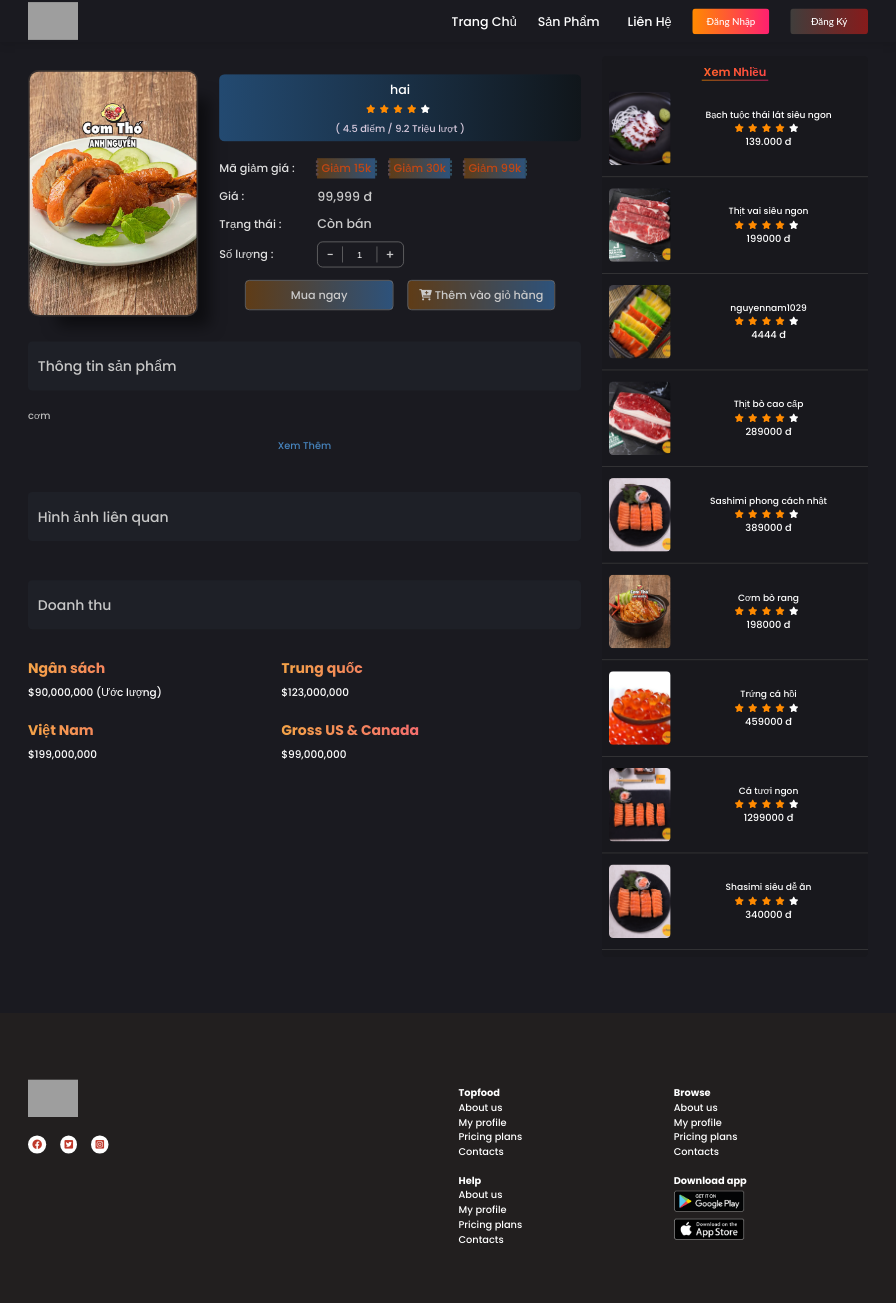
Repository: nguyennam1029/TopFoodNew
Page: http://localhost/product_detail.php?id=2
An editor plug-in stored every save of this project. The page is shown before and after the next save, followed by the edit.
The browser window is 1280 px wide. The pictures show the whole page, at 70% of full size.
Pictures or frames that could not be fetched are drawn as grey boxes. Some icons come from a web library that is not loaded, so they are not drawn. Some web fonts or font styles are not loaded; a fallback is used. Some web libraries are served in a nearby version. The page is run by PHP 8.4 with error messages shown; the project is at /var/www/html/. The database holds what the project's SQL file puts in it.

Above is the page before, as saved 2022-08-03 23:59:34.

After the next save:
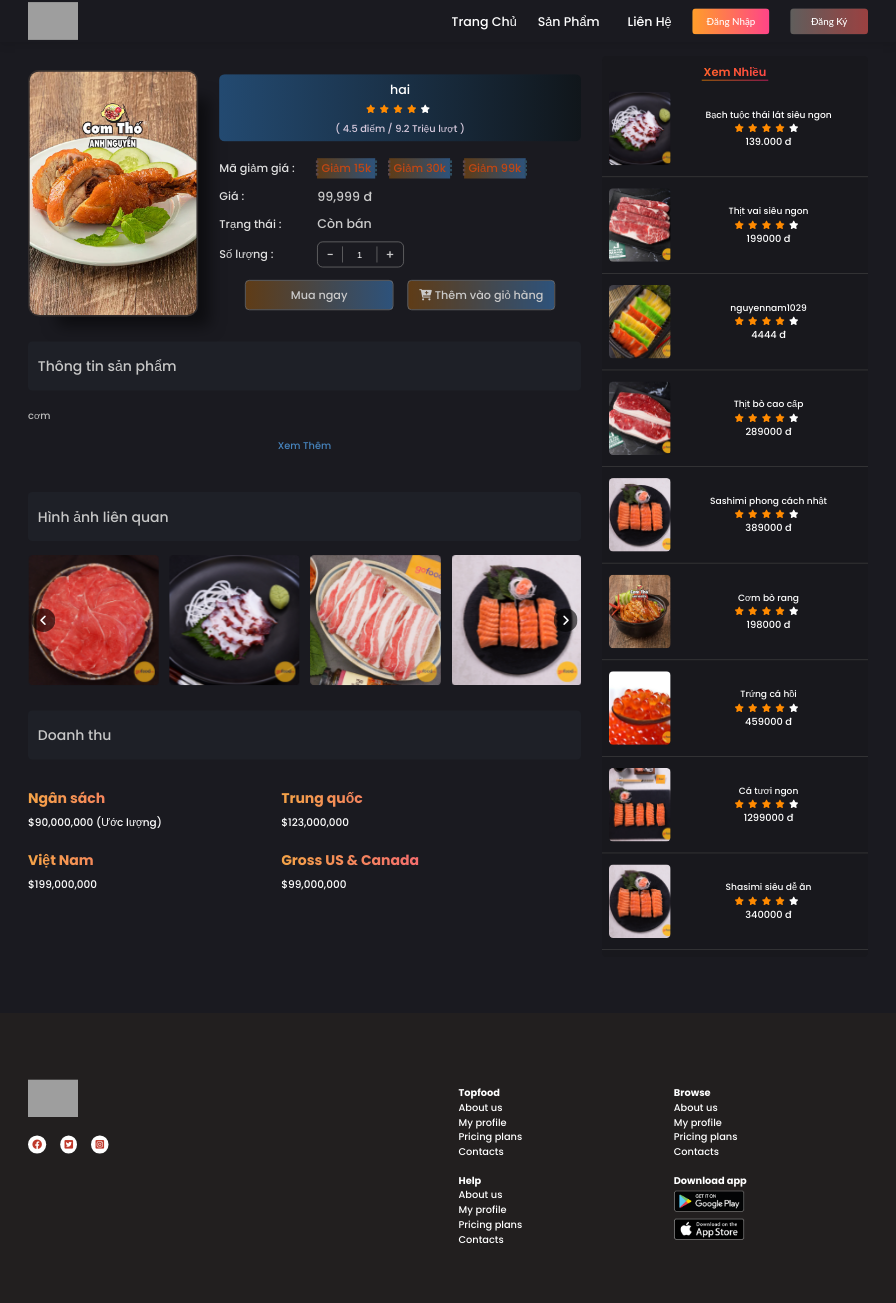
Console error: TypeError: Cannot read properties of null (reading 'addEventListener')
Saved 26 s later.
--- a/product_detail.php
+++ b/product_detail.php
@@ -379,7 +379,7 @@ session_start();
     <script src="https://code.jquery.com/jquery-3.6.0.min.js" integrity="sha256-/xUj+3OJU5yExlq6GSYGSHk7tPXikynS7ogEvDej/m4=" crossorigin="anonymous"></script>
     <!-- OWL CAROUSEL -->
     <script src="https://cdnjs.cloudflare.com/ajax/libs/OwlCarousel2/2.3.4/owl.carousel.min.js" integrity="sha512-bPs7Ae6pVvhOSiIcyUClR7/q2OAsRiovw4vAkX+zJbw3ShAeeqezq50RIIcIURq7Oa20rW2n2q+fyXBNcU9lrw==" crossorigin="anonymous"></script>
-    <!-- <script src="./detail/detail.js"></script> -->
+    <script src="./app.js"></script>
 
     <script>
         // -- START-TOAST
